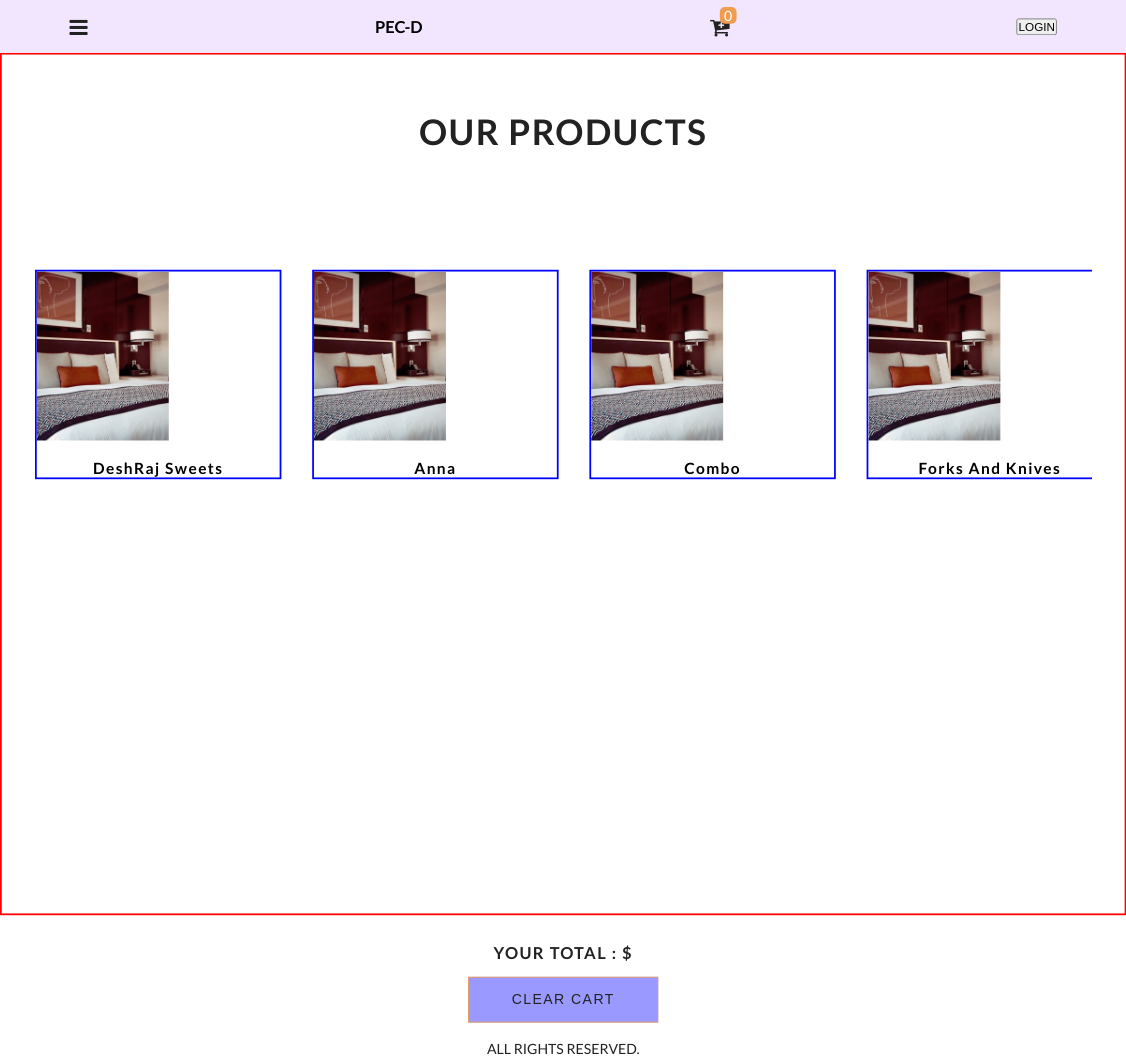
Repository: CHIR4G7/PEC-D
Page: public/index.html
These files come from the project's save history. The page is drawn as it stood at one moment and after the next save; the edit follows.
The browser window is 1280 px wide. The pictures show the whole page, at 88% of full size.

Above is the page before, as saved 2023-07-08 01:49:48.

After the next save:
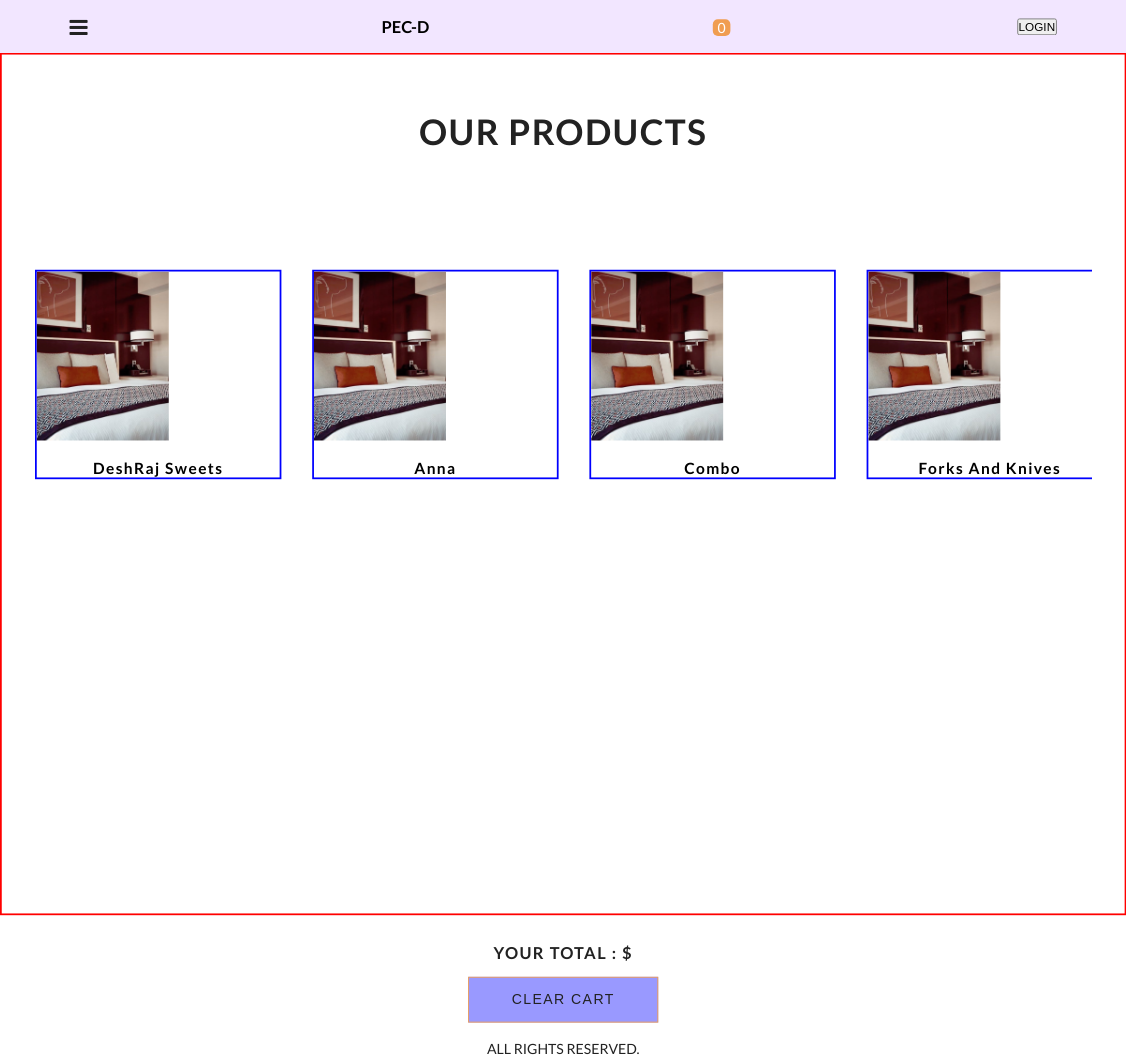
Saved 11 s later.
--- a/public/index.html
+++ b/public/index.html
@@ -20,9 +20,9 @@
             <!-- <img src="/images/logo.svg" alt="logo" class="sr"> -->
             <h3 class="logo-name">PEC-D</h3>
             <div class="cart-btn">
-                <span class="nav-icon">
+                <!-- <span class="nav-icon">
                     <i class="fa fa-cart-plus"></i>
-                </span>
+                </span> -->
                 <div class="cart-items">0</div>
             </div>
             <button>LOGIN</button>
